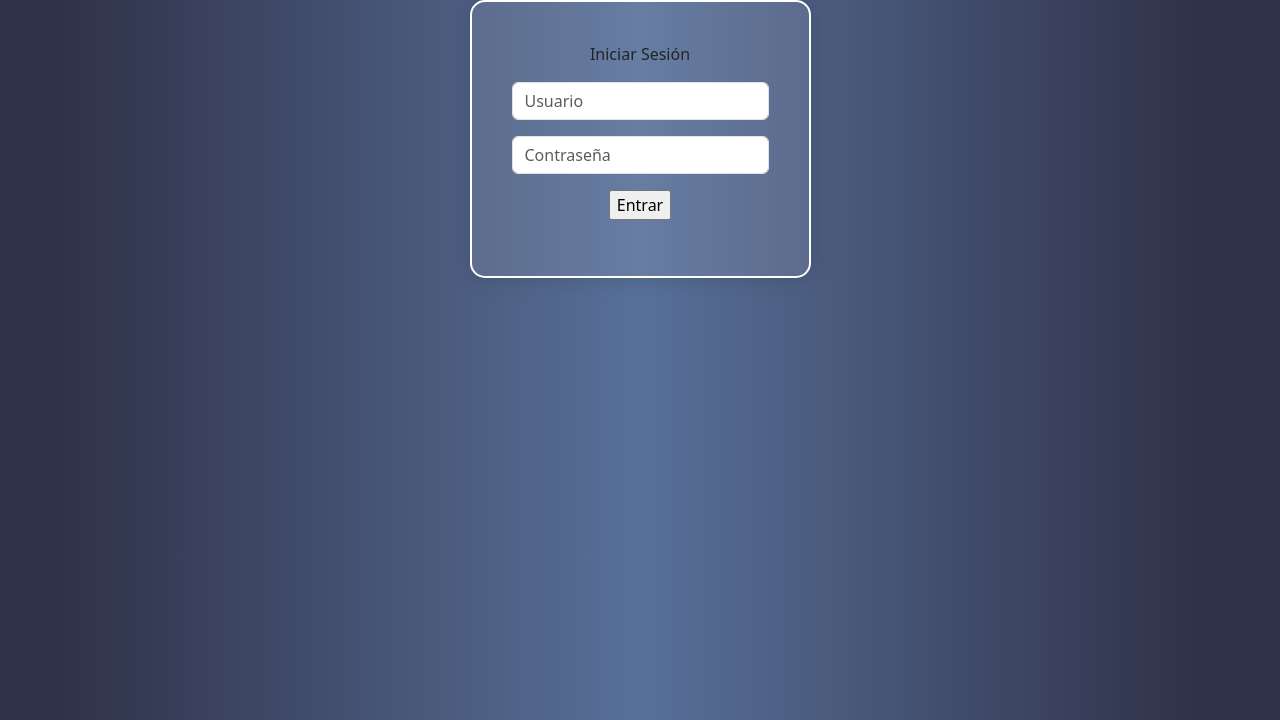
Repository: ingandresmolero/AdministrativoBarber
Page: http://localhost/
The author's editor kept a copy of each file at every save. The page is drawn from the files as they stood at one save, then again after the next save.
The browser window is 1280 px wide. The pictures show the whole page.
The page is run by PHP 8.4 with error messages shown; the project is at /var/www/html/. Style sheets and scripts are compiled from the project's sources, by tool versions that may differ from the author's.

Above is the page before, as saved 2023-05-02 21:04:35.

After the next save:
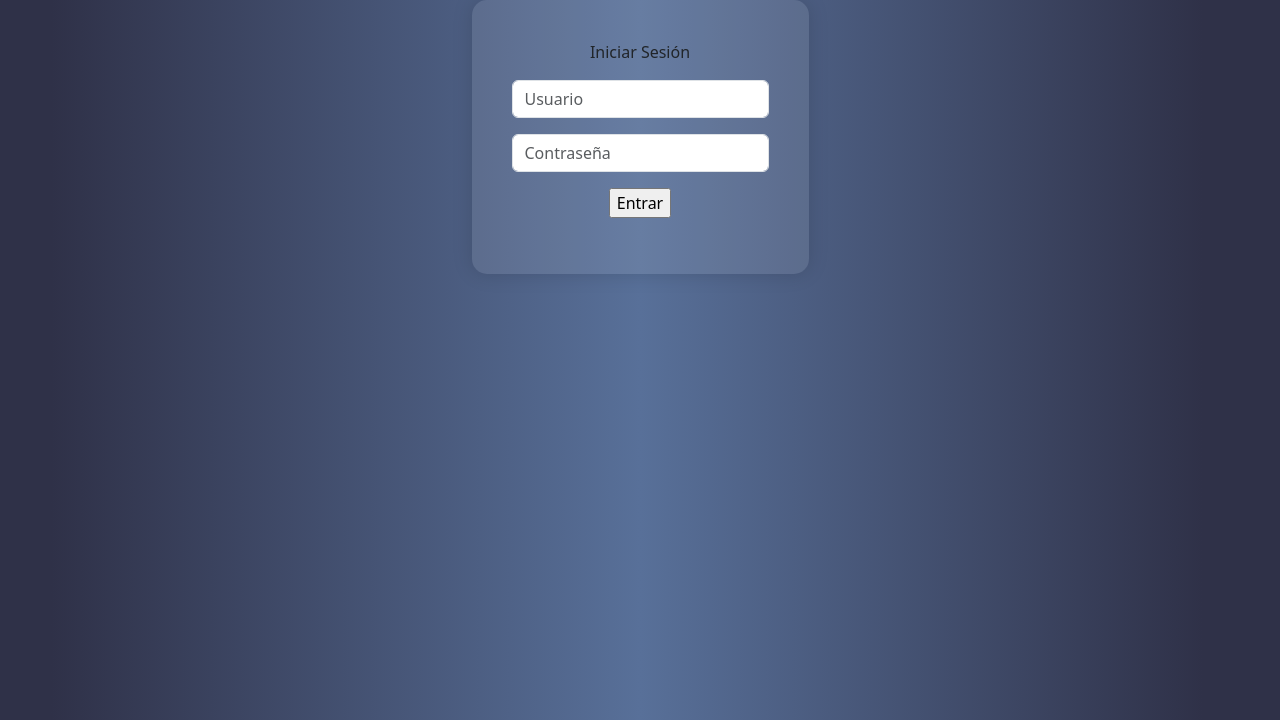
Saved 4 min 48 s later.
--- a/NEW/scss/components/login-page.scss
+++ b/NEW/scss/components/login-page.scss
@@ -8,11 +8,14 @@
         width: fit-content;
         margin: 0 auto;
         background-color: rgba(255,255,255,.09);
-        border: solid 2px #fff;
+        //border: solid 2px #fff;
         border-radius: 15px;
         padding: 40px;
         text-align: center;
         box-shadow: 0 0 20px rgba(0, 0, 0, 0.15);
+        &:before {
+            content: '';
+        }
     }
 
     .box form {
